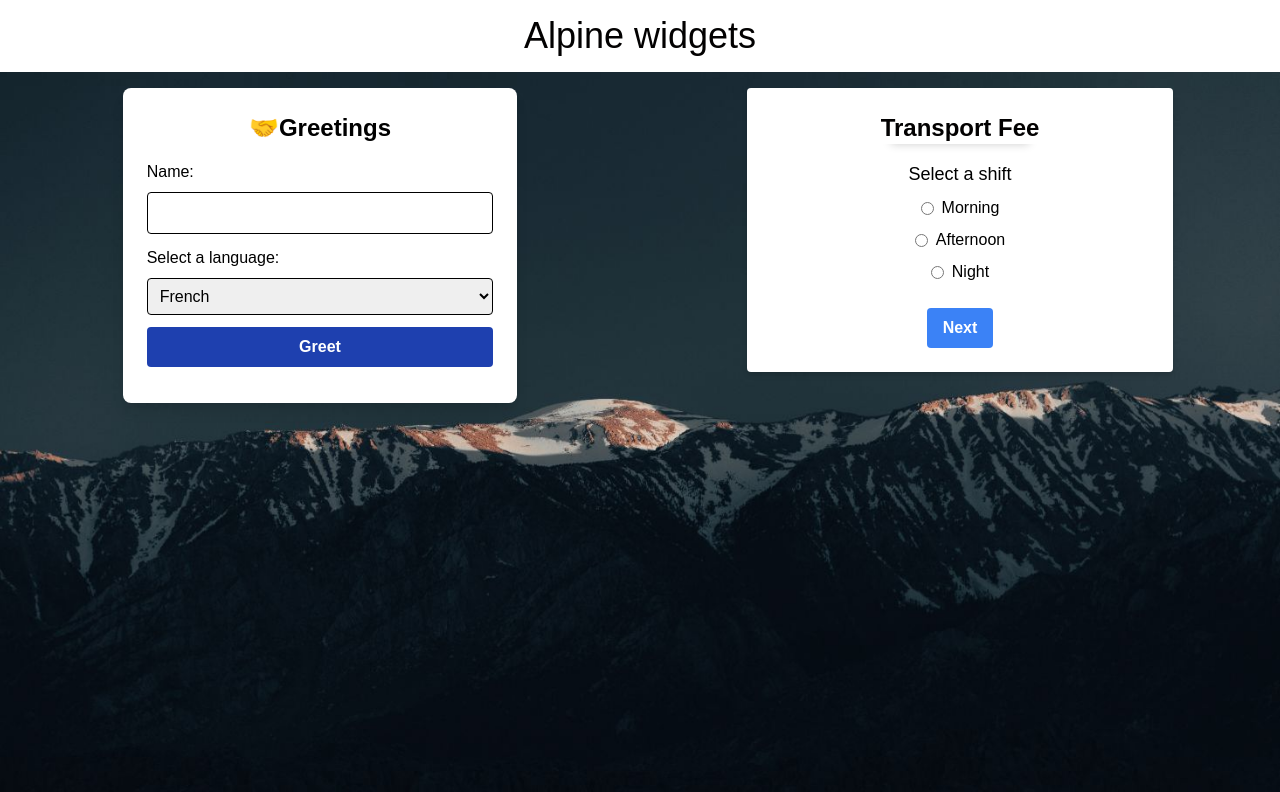
Repository: lasity34/alpine-bootcamp-widgets
Page: index.html
An editor plug-in stored every save of this project. The page is shown before and after the next save, followed by the edit.
The browser window is 1280 px wide. The pictures show the whole page.
Some web fonts or font styles are not loaded; a fallback is used. Some web libraries are served in a nearby version.

Above is the page before, as saved 2023-07-12 15:40:51.
Console error: ReferenceError: shift is not defined

After the next save:
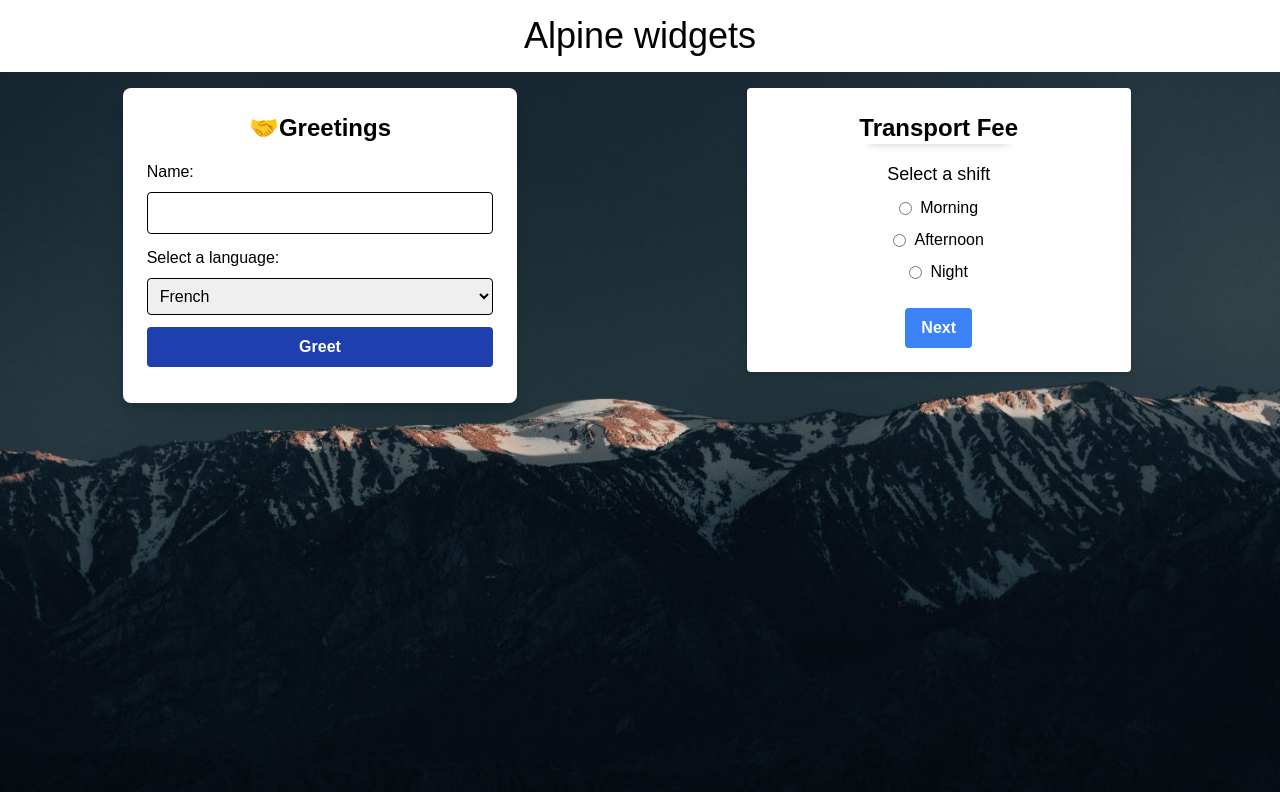
Saved 17 s later.
--- a/index.html
+++ b/index.html
@@ -69,7 +69,7 @@
       class="w-1/3"
         x-data="transportFee"
       >
-      <div class="flex flex-col items-center bg-white max-w-md mt-4 p-6 rounded shadow-md">
+      <div class="flex flex-col items-center bg-white max-w-sm mt-4 p-6 rounded shadow-md">
         <h1 class="text-2xl font-bold mb-4">Transport Fee</h1>
 
         <label class="text-lg mb-2">Select a shift</label>
